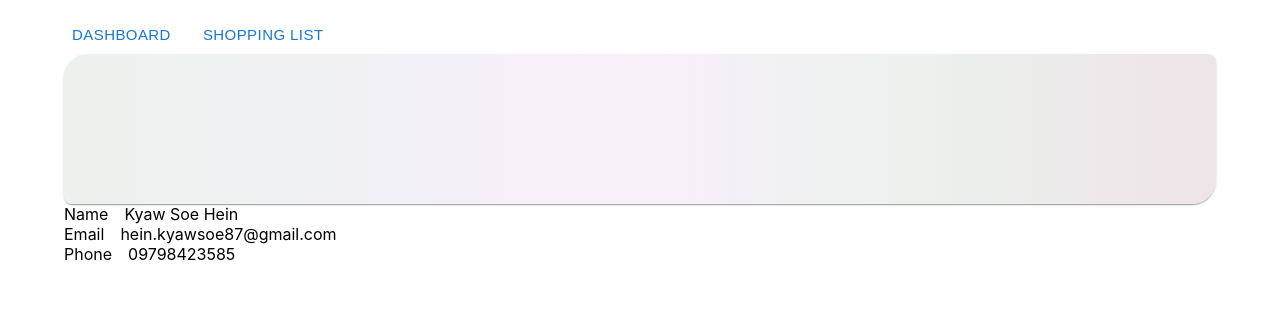
Repository: KyawSoeHein/GoogleAuthReact
Page: /
An editor plug-in stored every save of this project. The page is shown before and after the next save, followed by the edit.
The browser window is 1280 px wide. The pictures show the whole page.
The project was rebuilt for these pictures with package versions that can differ from the ones it lists, and the page was loaded fresh each time. Also part of the build but not shown: src/App.css.

Above is the page before, as saved 2022-02-14 19:31:20.

After the next save:
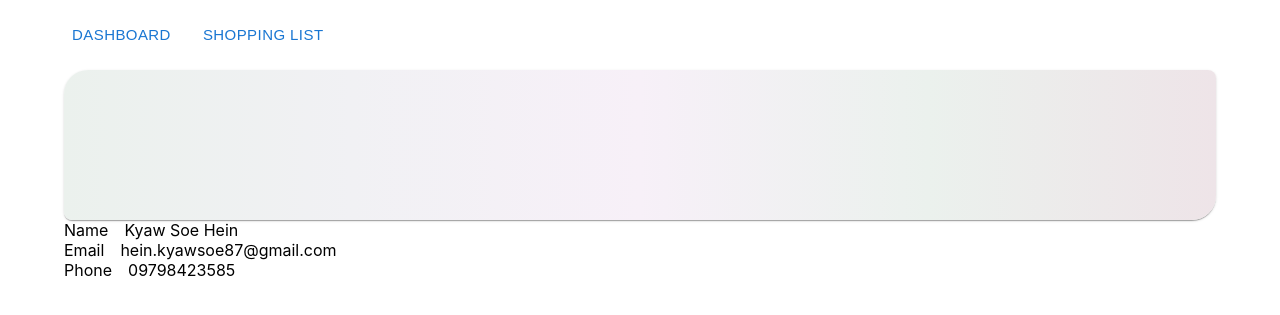
Saved 10 s later.
--- a/src/View/Dashboard.tsx
+++ b/src/View/Dashboard.tsx
@@ -11,7 +11,9 @@ const Dashboard = () => {
           <MenuSelection />
         </div>
 
-        <CoverAndProfilePhoto />
+        <div style={{ marginTop: 16 }}>
+          <CoverAndProfilePhoto />
+        </div>
 
         <Stack direction={"row"} spacing={2}>
           <div>Name</div>
